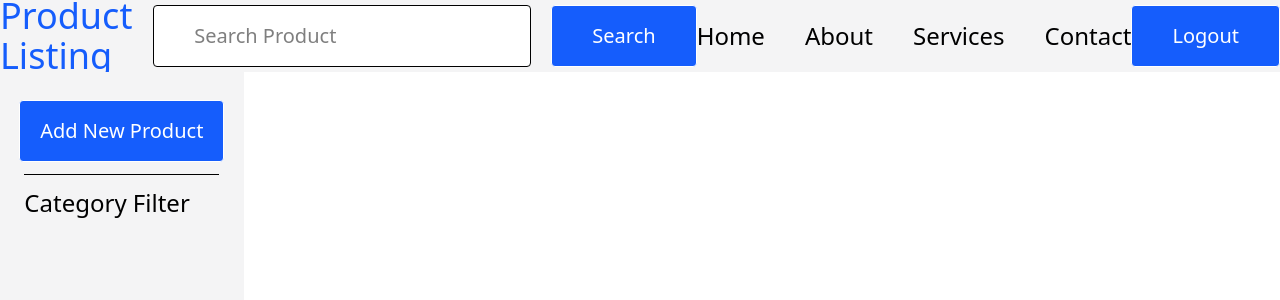
Repository: Habeebur1493/project
Page: /Home
The author's editor kept a copy of each file at every save. The page is drawn from the files as they stood at one save, then again after the next save.
The browser window is 1280 px wide. The pictures show the whole page.
The page's requests for data from a server got no answer. The project was rebuilt for these pictures with package versions that can differ from the ones it lists, and the page was loaded fresh each time. No one was signed in, and anything a server would have sent is missing. Also part of the build but not shown: vite.config.js, src/Components/Login.jsx, src/Components/Loading.jsx, src/Components/Details.jsx, src/Components/About.jsx, src/Components/Services.jsx, src/Components/Contact.jsx.

Above is the page before, as saved 2025-01-31 21:00:10.

### index.html
<!doctype html>
<html lang="en">
  <head>
    <meta charset="UTF-8" />
    <meta name="viewport" content="width=device-width, initial-scale=1.0" />
    <title>Project</title>
  </head>
  <body>
    <div id="root"></div>
    <script type="module" src="/src/main.jsx"></script>
  </body>
</html>

### src/main.jsx
import React from "react";
import { createRoot } from "react-dom/client";
import App from "./App.jsx";
import { BrowserRouter } from "react-router-dom";
import Context from "./Components/utils/Context.jsx";

createRoot(document.getElementById("root")).render(
  <Context>
    <BrowserRouter>
      <App />
    </BrowserRouter>
    </Context>

);

### src/App.jsx
import React from "react";
import "./App.css";
import { Route, Routes } from "react-router-dom";
import Login from "./Components/Login.jsx";
import Home from "./Components/Home.jsx";
import Details from "./Components/Details.jsx";
import About from "./Components/About.jsx";
import Services from "./Components/Services.jsx";
import Contact from "./Components/Contact.jsx";


const App = () => {
  return (
    <div className="h-screen w-screen flex">
      <Routes>
        <Route path="/" element={<Login />} />
        <Route path="/Home" element={<Home />} />
        <Route path="/details/:id" element={<Details />} />
        <Route path="/About" element={<About />} />
        <Route path="/Services" element={<Services />} />
        <Route path="/Contact" element={<Contact />} />
      </Routes>
    </div>
  );
};

export default App;

### src/Components/utils/Context.jsx
import React, { createContext, useEffect, useState } from "react";
import axios from "axios";

export const ProductContext = createContext();

const Context = ({children}) => {
  const [products, setproducts] = useState([]);

  const getproducts = async () => {
    try {
      const { data } = await axios.get("https://fakestoreapi.com/products");
      setproducts(data);
    } catch (error) {
      console.log( "Error Fetching products"  ,error);
    }
  };

  useEffect(() => {
    getproducts();
  }, []);

  return (
    <ProductContext.Provider value={{products, setproducts}}>
      {children}
    </ProductContext.Provider>
  );
};

export default Context;

### src/Components/Home.jsx
import React, { useContext, useEffect, useState } from "react";
import { Link, useLocation } from "react-router-dom";
import Nav from "./Nav";
import { ProductContext } from "./utils/Context";
import Loading from "./Loading";
import axios from "axios";

const Home = () => {
  const { products } = useContext(ProductContext);
  const { search } = useLocation();
  const category = decodeURIComponent(search.split("=")[1]);

  const [filteredProducts, setfilteredProducts] = useState(null);

  const getproductscategory = async () => {
    try {
      const { data } = await axios.get(
        `https://fakestoreapi.com/products/category/${category}`);
      setfilteredProducts(data);
    } catch (error) {
      console.log(error);
    }
  };
  useEffect(() => {

    if (!filteredProducts) setfilteredProducts(products);
    if (category != "undefined") getproductscategory();
  }, [category, products]);

  if (!products) {
    return <Loading />;
  } else if (products.length < 0) {
    return <h1 className="text-center text-3xl">No products found</h1>;
  }
  return (
    <>
      <Nav />
      <div className="w-[85%] px-3 py-25 flex flex-wrap overflow-x-hidden overflow-y-auto">
        {filteredProducts &&
          filteredProducts.map((p) => (
            <Link
              key={p.id}
              to={`/details/${p.id}`}
              className="mr-3 mb-3 card p-3 border shadow rounded w-[18%] h-[30vh] flex-col flex
         justify-center items-center"
            >
              <div
                className="hover:scale-110 mb-3 w-full h-[80%] bg-contain bg-no-repeat bg-center"
                style={{ backgroundImage: `url(${p.image})` }}
              ></div>
              <h1 className="hover:text-blue-300">{p.title}</h1>
            </Link>
          ))}
      </div>
    </>
  );
};
export default Home;

### src/Components/Nav.jsx
import React, { useContext } from "react";
import { ProductContext } from "./utils/Context";
import { Link, useNavigate,  } from "react-router-dom";
import { useState } from "react";




const Nav = () => {
  const { products } = useContext(ProductContext);
  const navigate = useNavigate();
  const [searchQuery, setSearchQuery] = useState("");


  let category  =
  products && products.reduce((acc, cv)=>[...acc, cv.category], []);
  category = [...new Set(category)];

  const handleLogout =()=>{
    localStorage.removeItem("token");
    navigate("/");
  }
  const filteredProducts = products.filter((product) =>
    product.title.toLowerCase().includes(searchQuery.toLowerCase())
  );

  return (
    <>
      <nav className="w-[20%] h-[100%] bg-zinc-100 flex flex-col items-center pt-5  ">
        <a
          className="mt-20 py-4 px-5 border rounded text-white text-xl bg-blue-600"
          href="/create"
        >
          Add New Product
        </a>
        <hr className="my-3 w-[80%]" />
        <h1 className="text-2xl mb-3 w-[80%]">Category Filter</h1>
        <div className="w-[80%]">

          {category.map((c, i) => (

          <Link
          key={i}
          to={`/?category=${c}`}
           className="flex items-center mb-3">
            <span className="rounded-full mr-2 w-[15px] h-[15px] bg-blue-400"></span>
            {""}
            {c}
          </Link>
          ))}
        </div>
      </nav>

      <nav className="w-screen h-[10%] bg-zinc-100 flex justify-evenly items-center absolute overflow-y-auto">
        <h1 className=" mr-5 text-4xl text-bold text-blue-600">Product Listing</h1>
        <input
        type="text"
        placeholder="Search Product"
        className="mr-5 py-4 px-10 border rounded text-black text-xl bg-white"
        value={searchQuery}
        onChange={(e) => setSearchQuery(e.target.value)}
        />
        <button
          className="py-4 px-10 border rounded text-white text-xl bg-blue-600"
          onClick={() => navigate(`/search?q=${searchQuery}`)}>Search</button>
        <ul className="flex gap-10 text-2xl">
          <Link to="/Home">Home</Link>
          <Link to="/About">About</Link>
          <Link to="/Services">Services</Link>
          <Link to="/Contact">Contact</Link>
        </ul>
          <button
            onClick={handleLogout}
            className='py-4 px-10 border rounded text-white text-xl bg-blue-600'>
            Logout</button>
      </nav>
    </>
  );
};

export default Nav;

Loaded but not shown: src/App.css (common file)

After the next save:
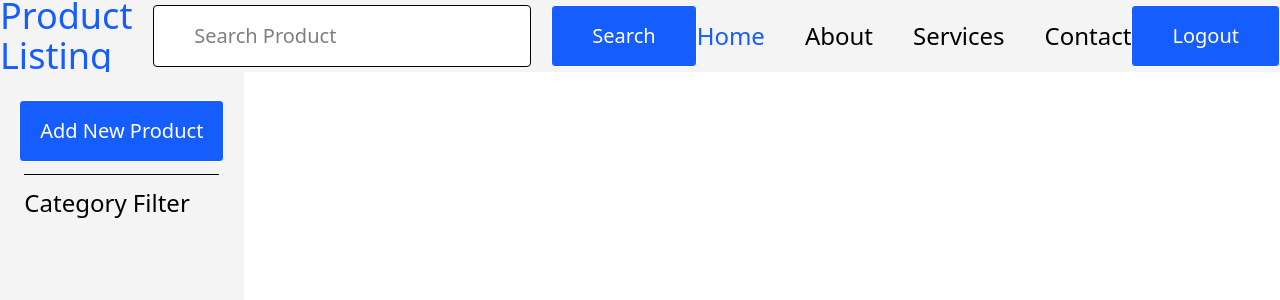
Saved 2 min 44 s later.
--- a/src/Components/Nav.jsx
+++ b/src/Components/Nav.jsx
@@ -64,7 +64,7 @@
           className="py-4 px-10 border rounded text-white text-xl bg-blue-600"
           onClick={() => navigate(`/search?q=${searchQuery}`)}>Search</button>
         <ul className="flex gap-10 text-2xl">
-          <Link to="/Home">Home</Link>
+          <Link  className="text-blue-600" to="/Home">Home</Link>
           <Link to="/About">About</Link>
           <Link to="/Services">Services</Link>
           <Link to="/Contact">Contact</Link>

After the save that followed:
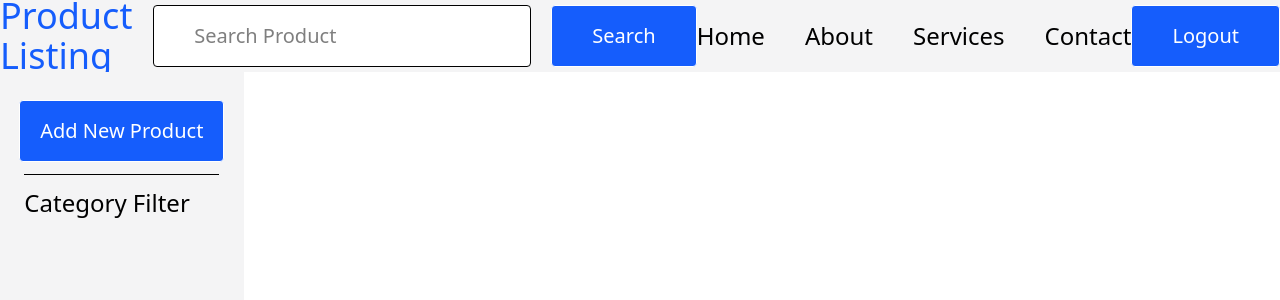
Saved 69 s later.
--- a/src/Components/Nav.jsx
+++ b/src/Components/Nav.jsx
@@ -64,10 +64,10 @@
           className="py-4 px-10 border rounded text-white text-xl bg-blue-600"
           onClick={() => navigate(`/search?q=${searchQuery}`)}>Search</button>
         <ul className="flex gap-10 text-2xl">
-          <Link  className="text-blue-600" to="/Home">Home</Link>
-          <Link to="/About">About</Link>
-          <Link to="/Services">Services</Link>
-          <Link to="/Contact">Contact</Link>
+          <Link  className= "hover:text-blue-600" to="/Home">Home</Link>
+          <Link className= "hover:text-blue-600" to="/About">About</Link>
+          <Link className= "hover:text-blue-600" to="/Services">Services</Link>
+          <Link className= "hover:text-blue-600" to="/Contact">Contact</Link>
         </ul>
           <button
             onClick={handleLogout}
